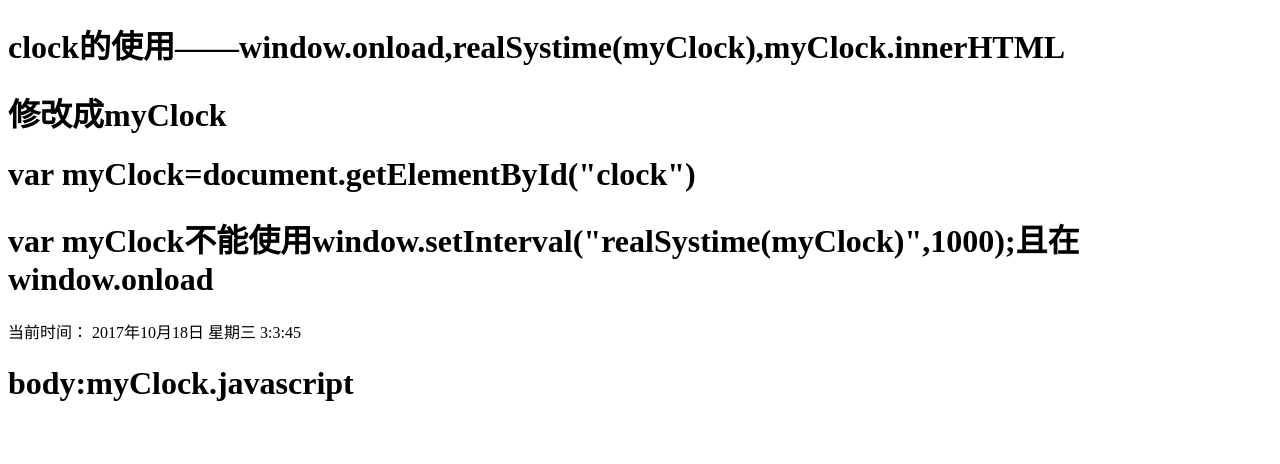
Repository: bookFireFly/bookFireFly
Page: JavaScriptMingriBook/Main/10实时显示系统时间.html
An editor plug-in stored every save of this project. The page is shown before and after the next save, followed by the edit.
The browser window is 1280 px wide. The pictures show the whole page.

Above is the page before, as saved 2017-10-20 09:37:43.
Console error: TypeError: Cannot set properties of null (setting 'innerHTML')

### JavaScriptMingriBook/Main/10实时显示系统时间.html
<!DOCTYPE html>
<html>
<head>
<meta charset="UTF-8">
<script type="text/javascript">
function realSystime(clock){
	var now=new Date();
	var year=now.getFullYear();
	var month=now.getMonth();
	var date=now.getDate();
	var day=now.getDay();
	var hour=now.getHours();
	var minu=now.getMinutes();
	var sec=now.getSeconds();
	month=month+1
	var arr_week=new Array("星期日","星期一","星期二","星期三","星期四","星期五","星期六")
	var week=arr_week[day];
	var time=year+"年"+month+"月"+date+"日 "+week+" "+hour+":"+minu+":"+sec;
	clock.innerHTML="当前时间： "+time;
}
window.onload=function(){
	window.setInterval("realSystime(clock)",1000);
// 	var myIntervalClock;	//可注释，id改myClock
// 	window.setInterval(myIntervalClock=document.getElementById(myclock),1000)
// 	myClock.innerHTML="当前时间： ";
//  	window.setInterval("realSystime(myClock)",1000);
// 	realSystime(myClock);
}
</script>
<title>实时显示系统时间</title>
</head>
<body>
<h1>clock的使用——window.onload,realSystime(myClock),myClock.innerHTML</h1>
<h1>修改成myClock</h1>
<h1>var myClock=document.getElementById("clock")</h1>
<h1>var myClock不能使用window.setInterval("realSystime(myClock)",1000);且在window.onload</h1>
<div id="clock"></div>
<div id="myOnceClock"></div>
<h1>body:myClock.javascript</h1>
<script type="text/javascript">
	var myIntervalClock=document.getElementById(myOnceClock);
	realSystime(myIntervalClock);
</script>
</body>
</html>

After the next save:
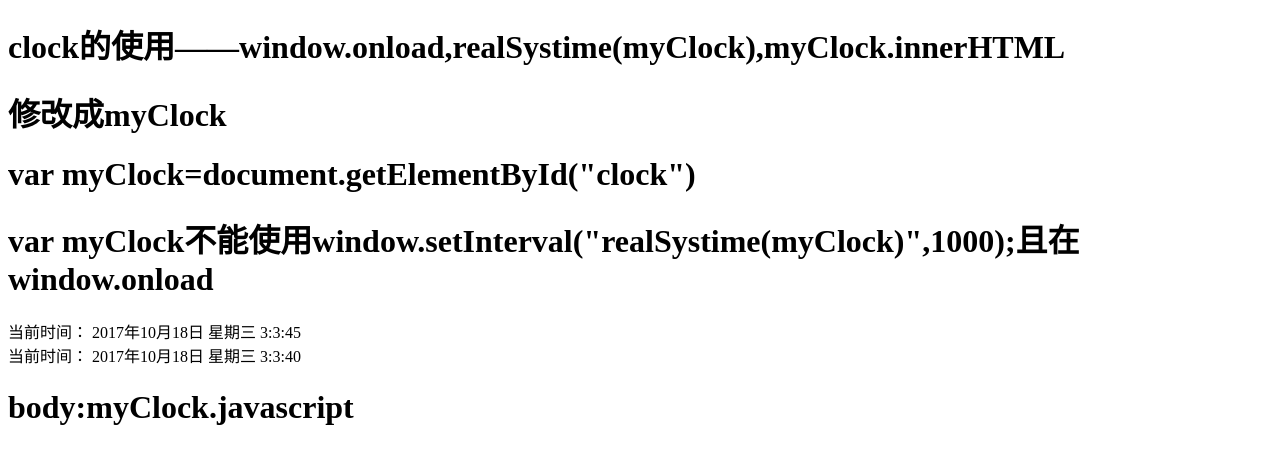
The error is gone.
Saved 2 min 40 s later.
--- a/JavaScriptMingriBook/Main/10实时显示系统时间.html
+++ b/JavaScriptMingriBook/Main/10实时显示系统时间.html
@@ -38,8 +38,7 @@ window.onload=function(){
 <div id="myOnceClock"></div>
 <h1>body:myClock.javascript</h1>
 <script type="text/javascript">
-	var myIntervalClock=document.getElementById(myOnceClock);
-	realSystime(myIntervalClock);
+	realSystime(myOnceClock);
 </script>
 </body>
 </html>
